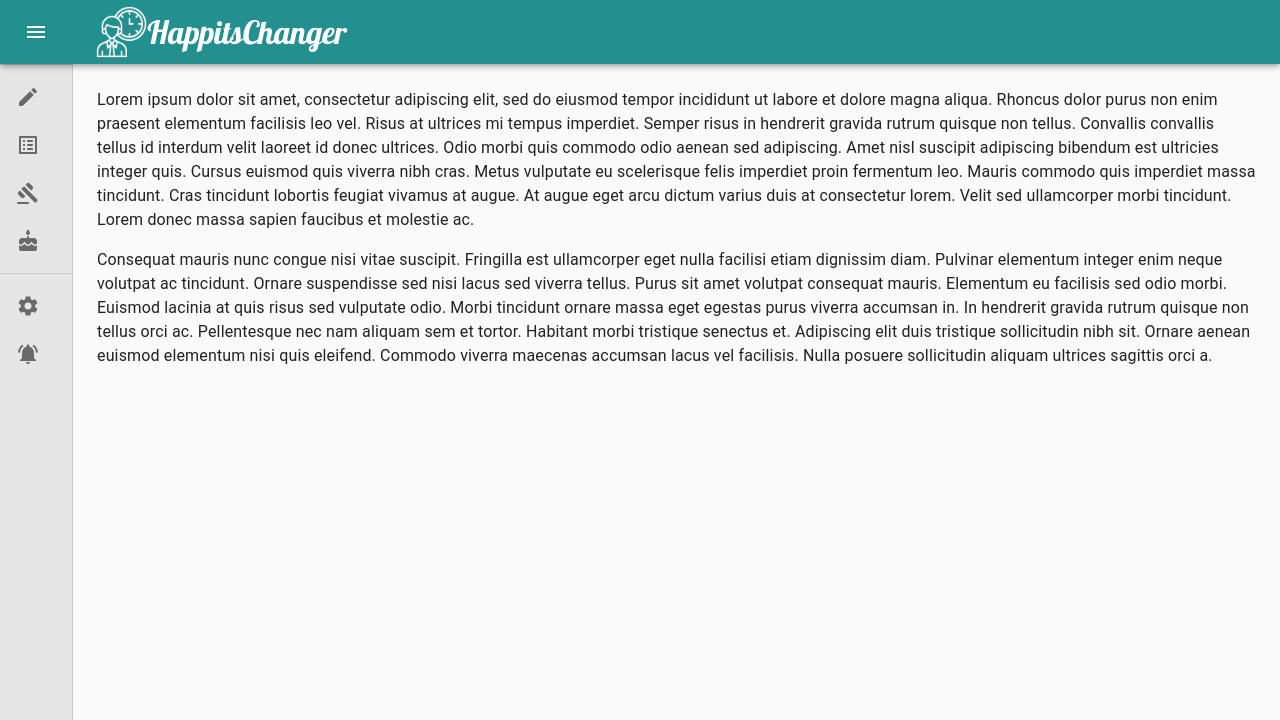
Repository: pgruca96/HappitsChanger
Page: /main
An editor plug-in stored every save of this project. The page is shown before and after the next save, followed by the edit.
The browser window is 1280 px wide. The pictures show the whole page.
The project was rebuilt for these pictures with package versions that can differ from the ones it lists, and the page was loaded fresh each time. Also part of the build but not shown: src/styles/LoginPage.js, src/styles/Form.js, src/components/form/index.js, src/containers/loginPage/logoContainer.js, src/containers/loginPage/index.js.

Above is the page before, as saved 2020-11-04 13:16:59.

After the next save:
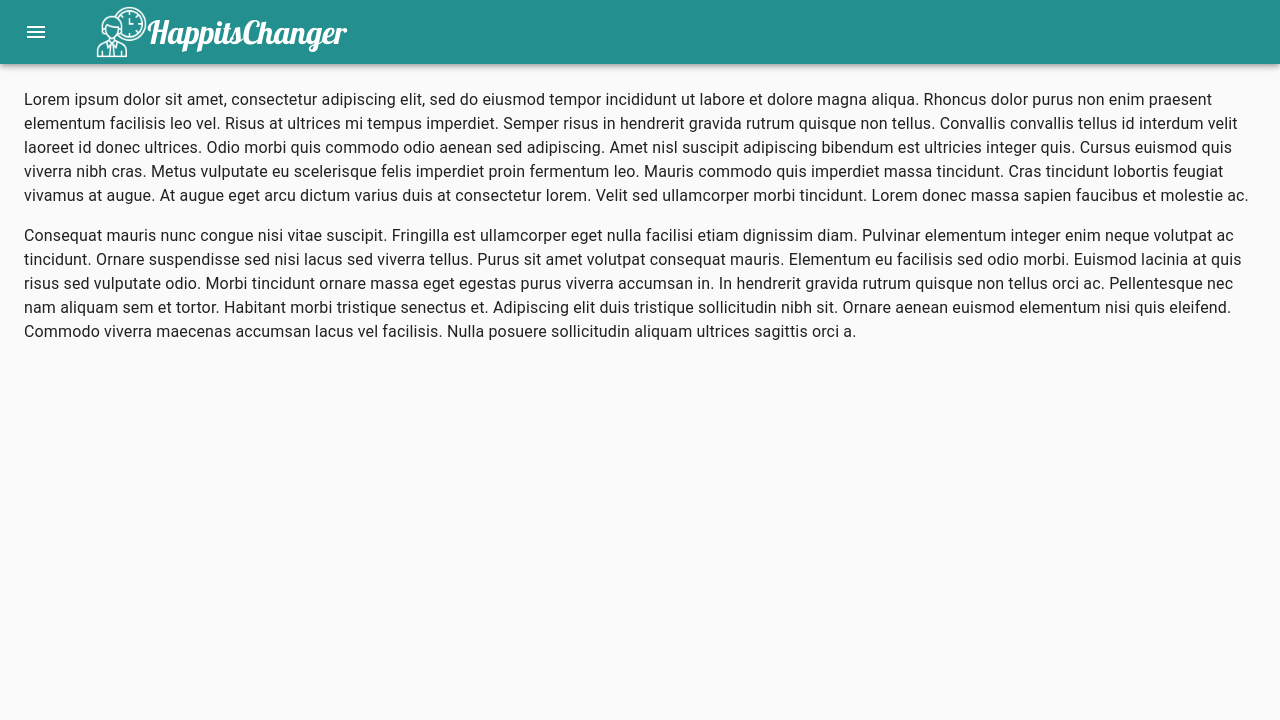
Saved 5 min 22 s later.
--- a/src/containers/mainPage/index.js
+++ b/src/containers/mainPage/index.js
@@ -170,7 +170,7 @@
         </Toolbar>
       </AppBar>
       <Drawer
-        variant="permanent"
+        variant="temporary"
         className={clsx(classes.drawer, {
           [classes.drawerOpen]: open,
           [classes.drawerClose]: !open,

After the save that followed:
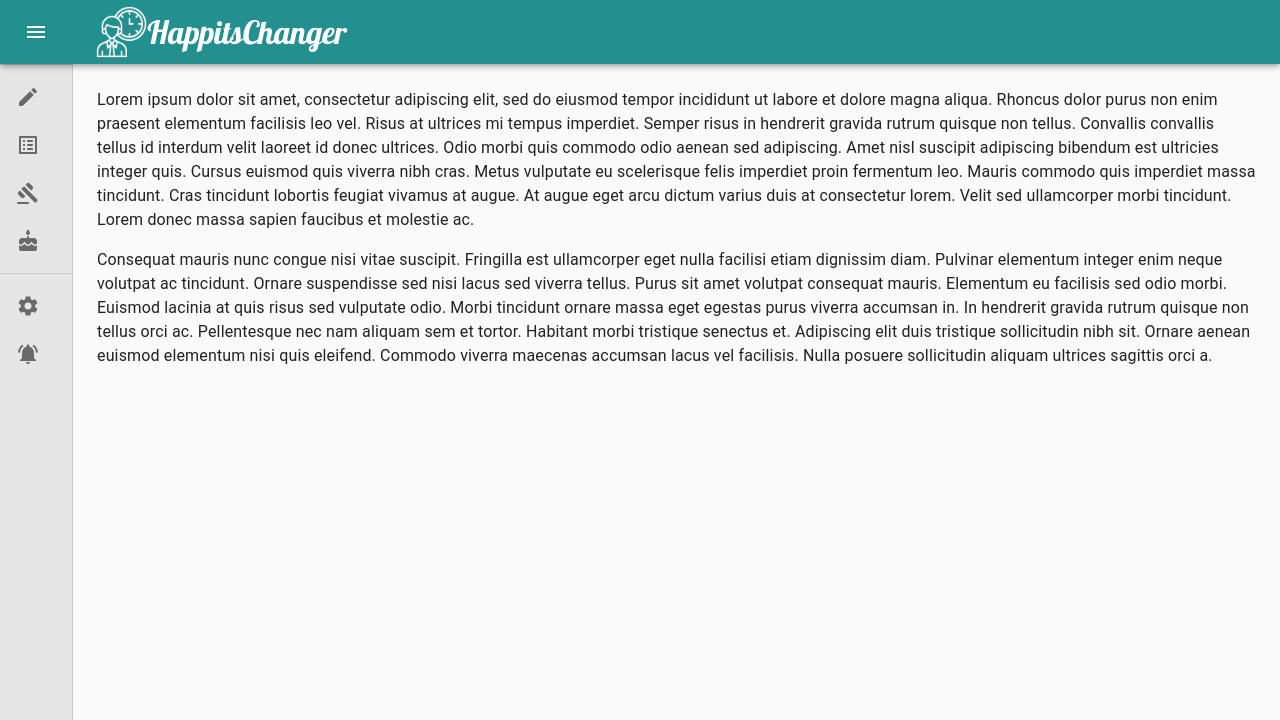
Saved 10 s later.
--- a/src/containers/mainPage/index.js
+++ b/src/containers/mainPage/index.js
@@ -170,7 +170,7 @@
         </Toolbar>
       </AppBar>
       <Drawer
-        variant="temporary"
+        variant="permanent"
         className={clsx(classes.drawer, {
           [classes.drawerOpen]: open,
           [classes.drawerClose]: !open,
